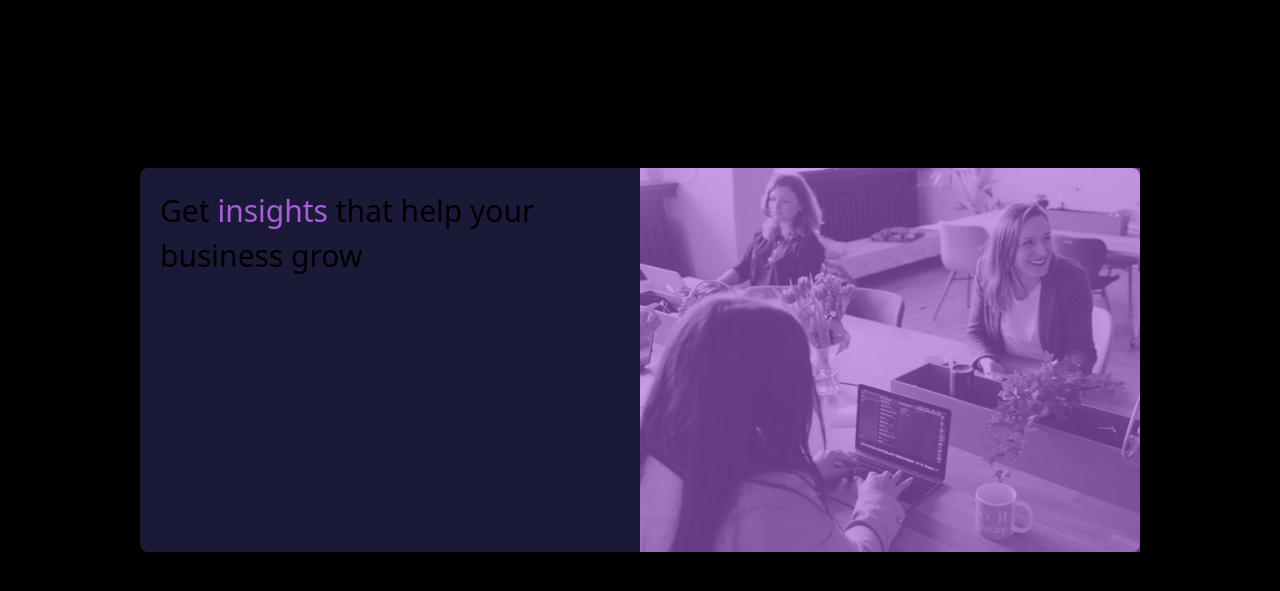
Repository: BerlinWebDev/FrontendMaster_PreviewMentor
Page: /
The author's editor kept a copy of each file at every save. The page is drawn from the files as they stood at one save, then again after the next save.
The browser window is 1280 px wide. The pictures show the whole page.
The project was rebuilt for these pictures with package versions that can differ from the ones it lists, and the page was loaded fresh each time.

Above is the page before, as saved 2023-11-11 19:08:00.

After the next save:
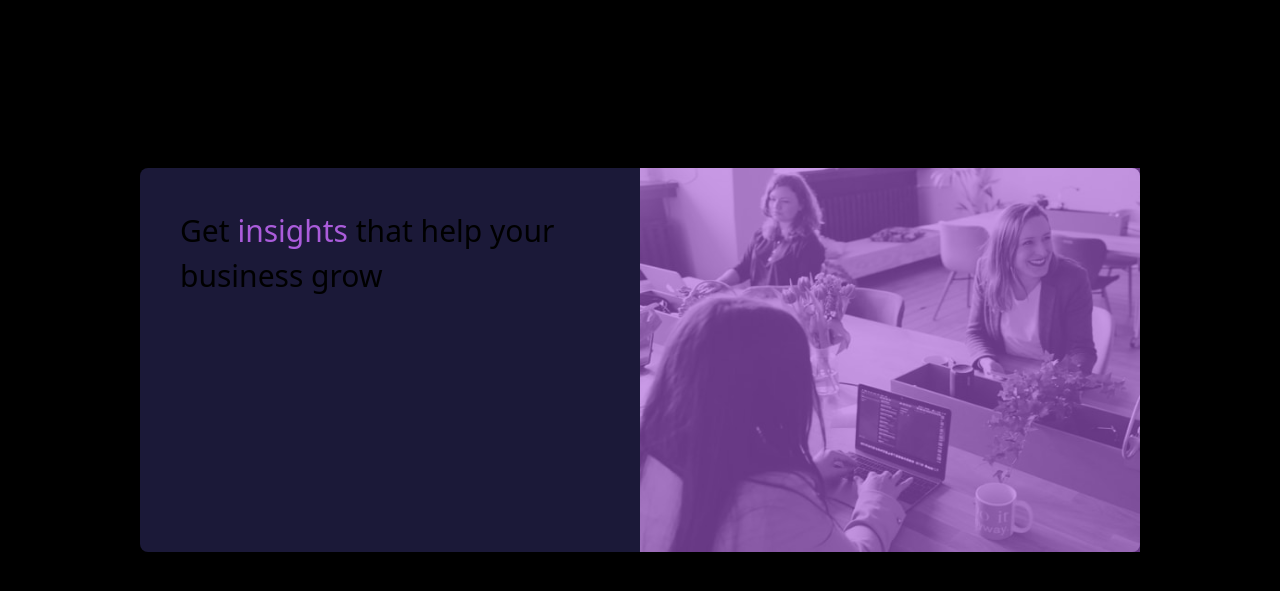
Saved 11 s later.
--- a/src/App.js
+++ b/src/App.js
@@ -11,7 +11,7 @@ function App() {
       <main className="flex min-h-screen flex-col items-center justify-center bg-black">
         <div className="flex h-96 w-[1000px] rounded-lg bg-[#1b1938]">
           <aside className="w-1/2  rounded-l-lg">
-            <div className="p-5">
+            <div className="p-10">
               <div className="text-[30px]">
                 Get <span className="text-[#aa5cdb]">insights</span> that help
                 your business grow
